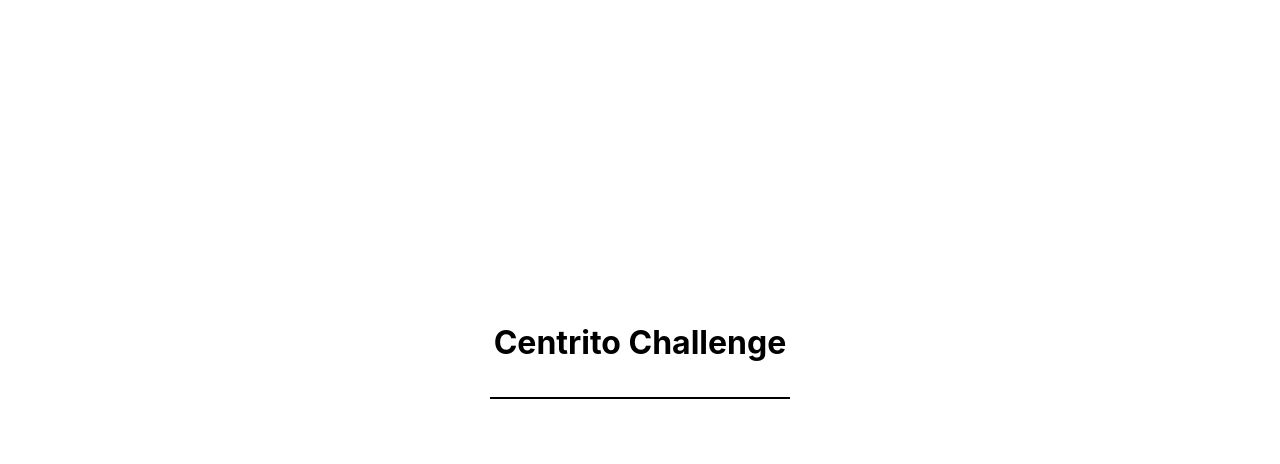
Repository: louis97/centrito-challenge
Page: /
These files come from the project's save history. The page is drawn as it stood at one moment and after the next save; the edit follows.
The browser window is 1280 px wide. The pictures show the whole page.
The page's requests for data from a server got no answer. The project was rebuilt for these pictures with package versions that can differ from the ones it lists, and the page was loaded fresh each time. The framework's server and built-in components were replaced by stand-ins that run in the browser. No one was signed in, and anything a server would have sent is missing. Also part of the build but not shown: next.config.js.

Above is the page before, as saved 2022-10-05 12:47:00.

After the next save:
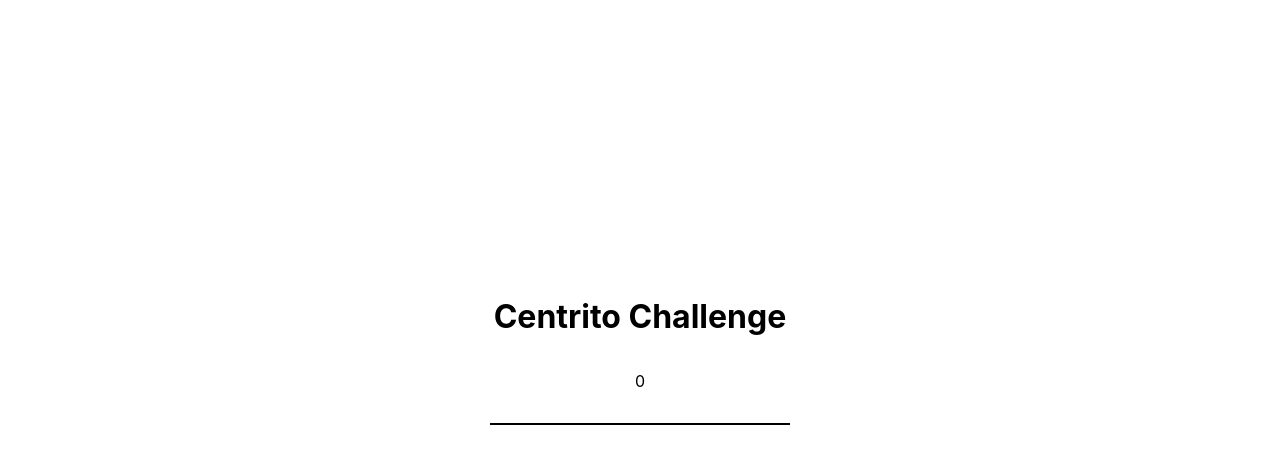
Saved 11 min 20 s later.
--- a/pages/index.tsx
+++ b/pages/index.tsx
@@ -19,6 +19,11 @@ const Home: NextPage = () => {
     })();
   }, []);
 
+  function handleAddToCart(product: Product) {
+    setShoppingCartProducts([...shoppingCartProducts, product]);
+  }
+
+  function deleteFromCart(product: Product) {}
   return (
     <div className={styles.container}>
       <Head>
@@ -28,6 +33,7 @@ const Home: NextPage = () => {
 
       <main className={styles.main}>
         <h1 className={styles.title}>Centrito Challenge</h1>
+        <p>{shoppingCartProducts.length}</p>
         <ul className={styles["product-list"]}>
           {products.map((a) => (
             <li className={styles.product} key={a.name}>
@@ -37,8 +43,8 @@ const Home: NextPage = () => {
               <div
               // className={styles.phone}
               >
-                <button>Add</button>
-                <button>Delete</button>
+                <button onClick={() => handleAddToCart(a)}>Add</button>
+                <button onClick={() => deleteFromCart(a)}>Delete</button>
               </div>
             </li>
           ))}
